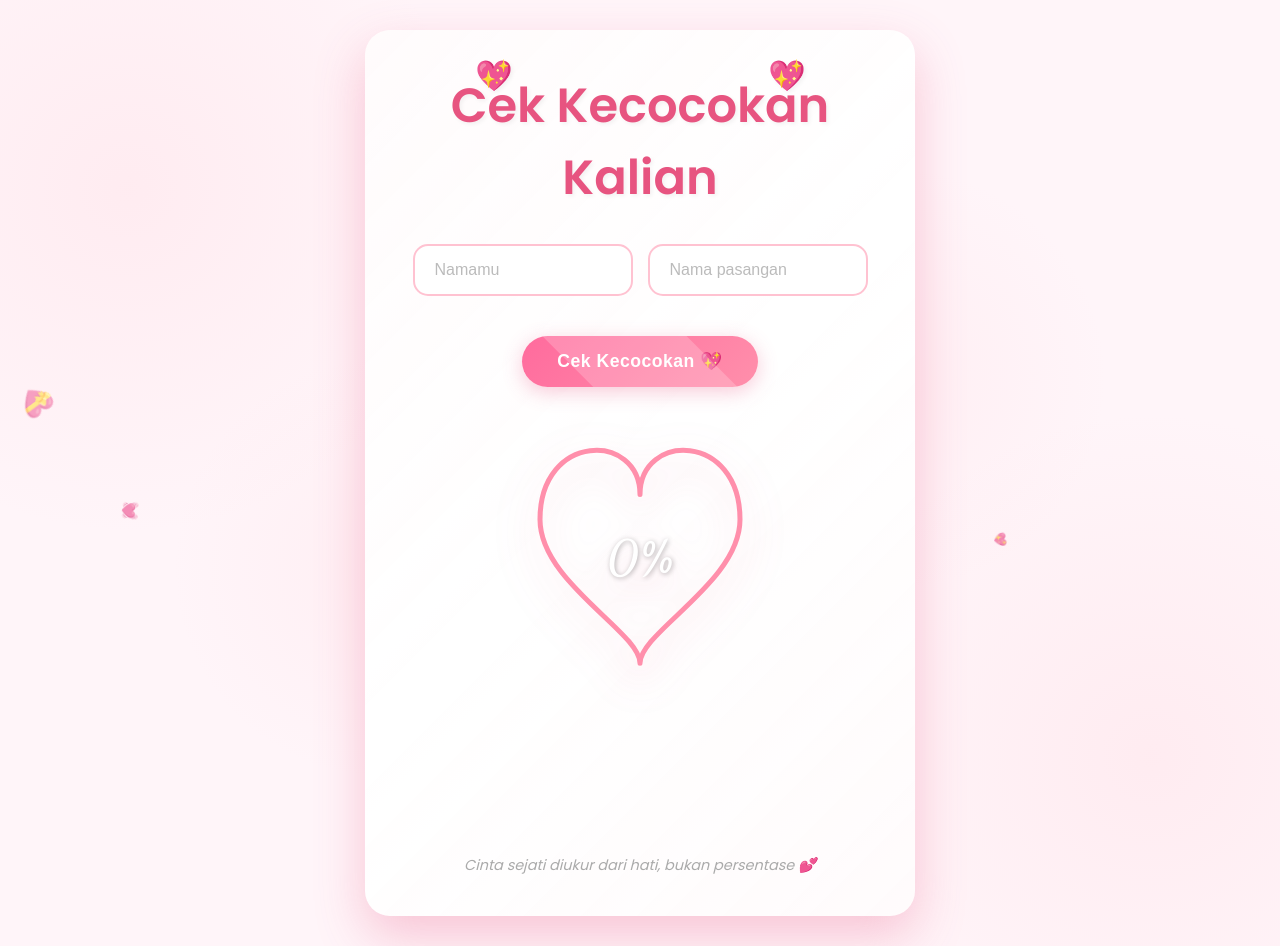
Repository: zhr-nabila/cek-jodoh
Page: cek.html
An editor plug-in stored every save of this project. The page is shown before and after the next save, followed by the edit.
The browser window is 1280 px wide. The pictures show the whole page.

Above is the page before, as saved 2025-06-10 00:36:03.

After the next save:
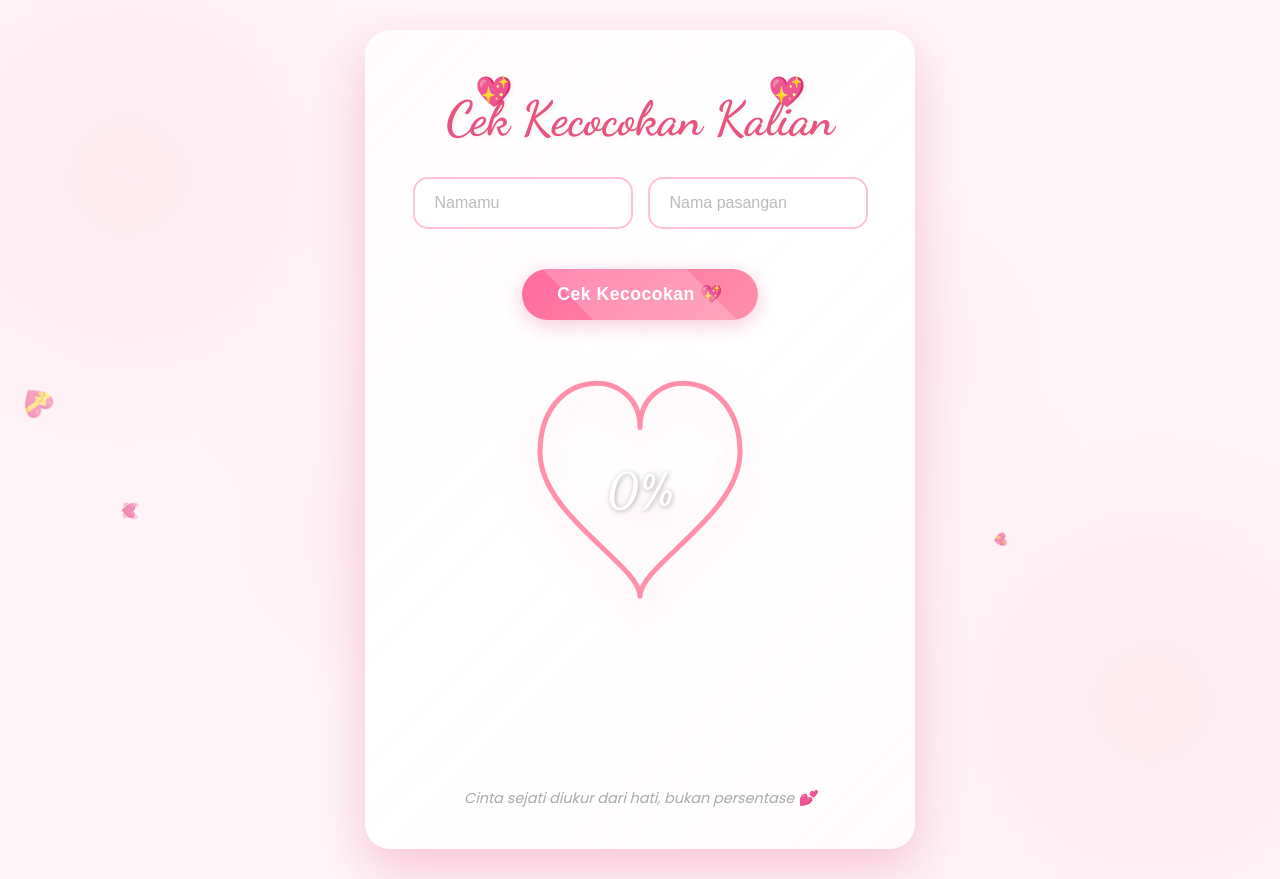
Saved 4 s later.
--- a/cek.html
+++ b/cek.html
@@ -112,7 +112,7 @@
         color: var(--pink-dark);
         font-size: 3rem;
         margin-bottom: 30px;
-        marg
+        margin-top: 20px;
         font-family: "Dancing Script", cursive;
         text-shadow: 2px 2px 4px rgba(0, 0, 0, 0.05);
         position: relative;
